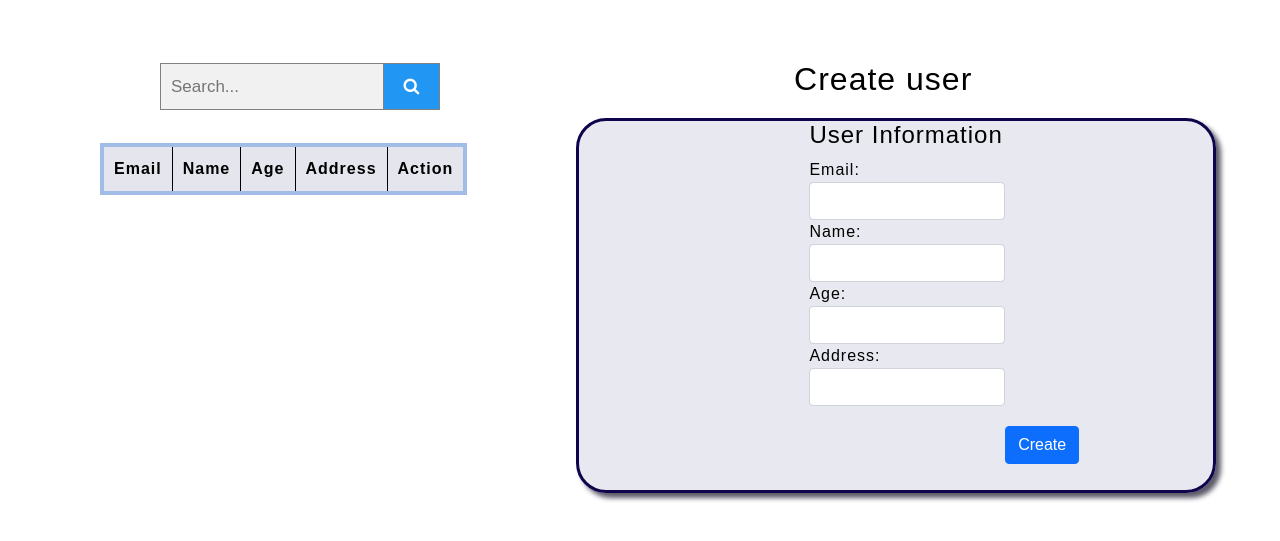
Repository: minhtuan16/JS-Basic
Page: CRUD-Department/user.html
An editor plug-in stored every save of this project. The page is shown before and after the next save, followed by the edit.
The browser window is 1280 px wide. The pictures show the whole page.

Above is the page before, as saved 2022-06-08 17:03:02.

After the next save:
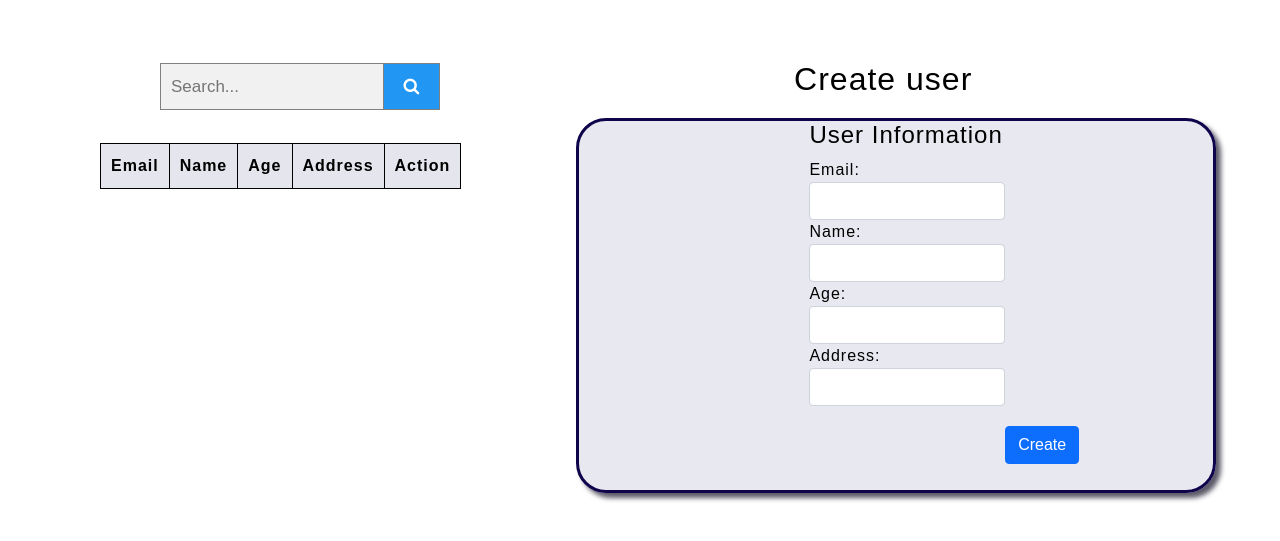
Saved 2 min 10 s later.
--- a/CRUD-Department/user.html
+++ b/CRUD-Department/user.html
@@ -48,7 +48,7 @@
         </form>
     </div>
 
-    <table border="1px">
+    <table style="border: 1px;">
 
         <tr>
             <td>Email</td>

After the save that followed:
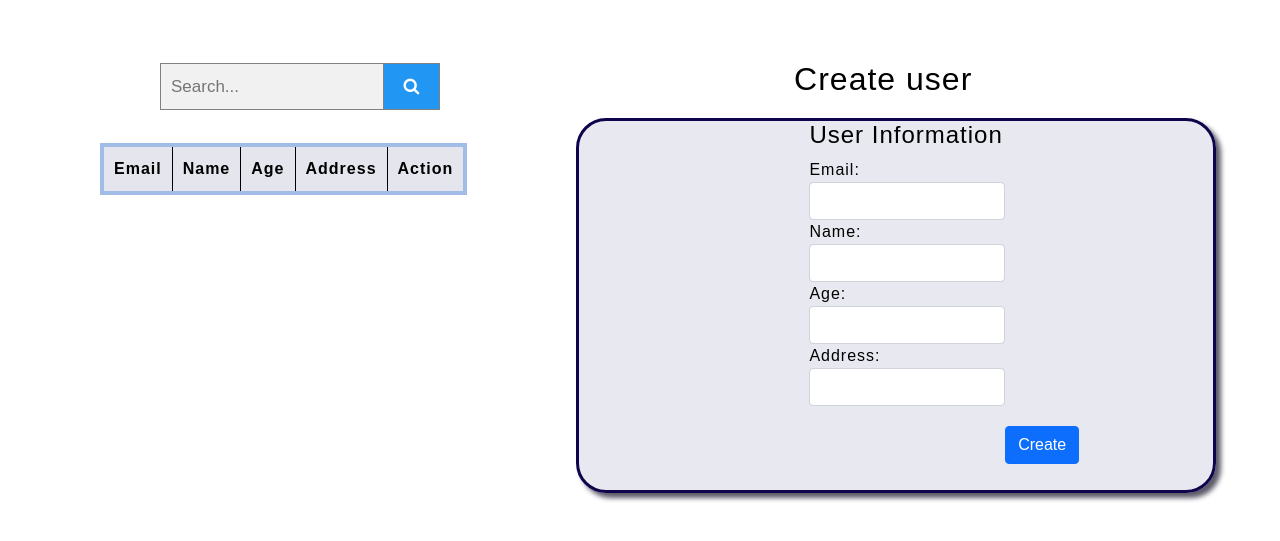
Saved 16 s later.
--- a/CRUD-Department/user.html
+++ b/CRUD-Department/user.html
@@ -48,7 +48,7 @@
         </form>
     </div>
 
-    <table style="border: 1px;">
+    <table border="1px">
 
         <tr>
             <td>Email</td>
